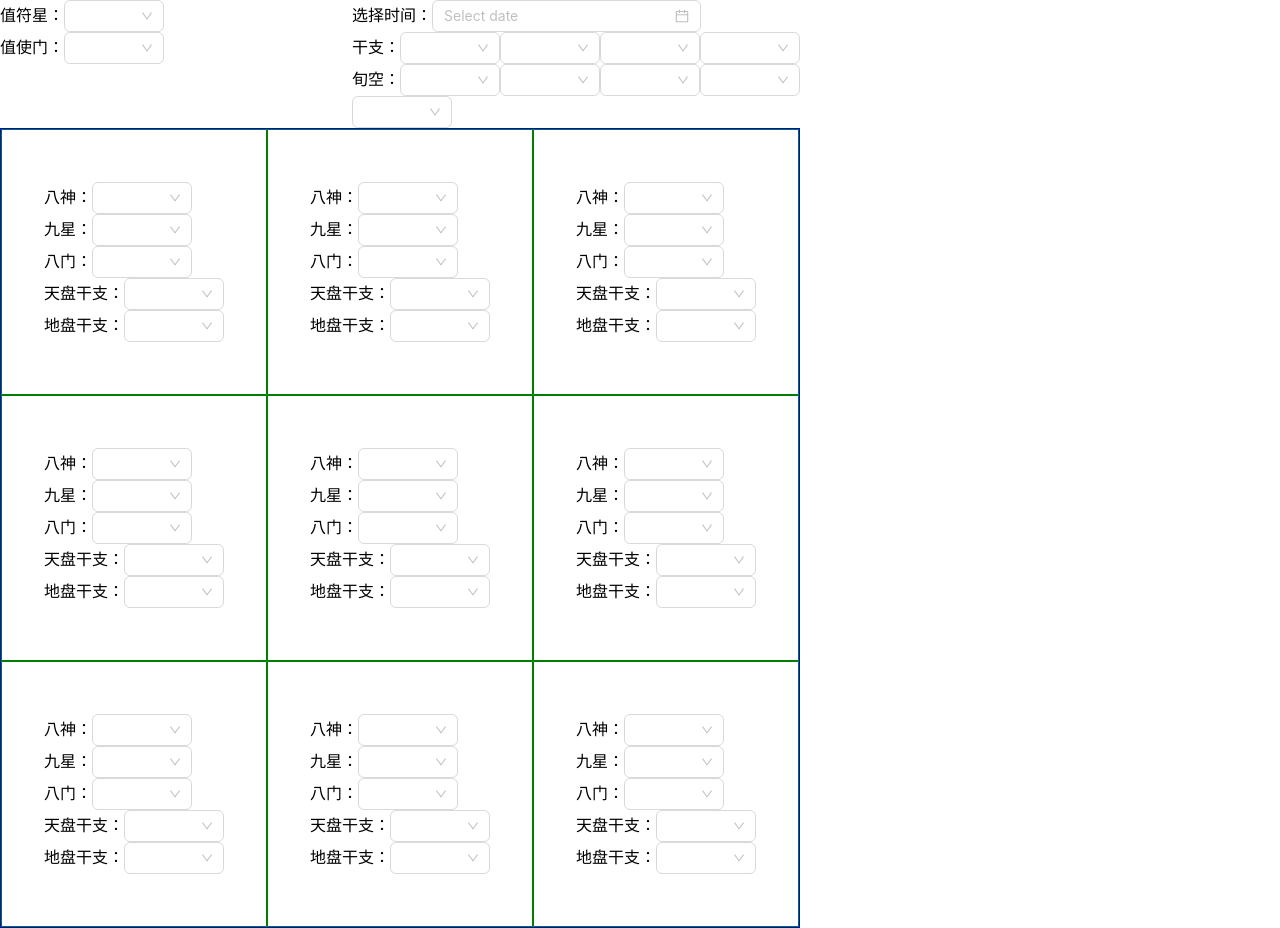
Repository: DaozhangChen/qiMen
Page: /
An editor plug-in stored every save of this project. The page is shown before and after the next save, followed by the edit.
The browser window is 1280 px wide. The pictures show the whole page.
The project was rebuilt for these pictures with package versions that can differ from the ones it lists, and the page was loaded fresh each time. Also part of the build but not shown: vite.config.js.

Above is the page before, as saved 2024-04-06 15:19:35.

### src/App.jsx
import Sudoku from './compoment/Sudoku'

function App() {

  return (
    <>
      <Sudoku />
    </>
  )
}

export default App

### src/index.css
* {
  padding: 0;
  margin: 0;
  box-sizing: border-box;
}

ul,
li {
  list-style: none;
}

### src/compoment/Sudoku.jsx
import "../style/Sudoku.css"
import InfoSelect from "./InfoSelect"
import { useState } from "react"
import HeaderInfo from "./HeaderInfo"
import { useEffect } from "react"

function Sudoku() {
    const regionArr = [
        { number: 4, area: "巽" },
        { number: 9, area: "离" },
        { number: 2, area: "坤" },
        { number: 3, area: "震" },
        { number: 5, area: "中" },
        { number: 7, area: "兑" },
        { number: 8, area: "艮" },
        { number: 1, area: "坎" },
        { number: 6, area: "乾" }
    ]
    const baseHeaderInfo = {
        headerStar: null,
        headerDoor: null,
        headerTime: null,
        headerYearStem: null,
        headerMonthStem: null,
        headerDayStem: null,
        headerTimeStem: null,
        headerYearNull: null,
        headerMonthNull: null,
        headerDayNull: null,
        headerTimeNull: null,
        curPattern: null
    }
    const [detailInfo, setDetailInfo] = useState(regionArr)
    const [headerInfoObj, setHeaderInfoObj] = useState(baseHeaderInfo)
    useEffect(() => {
        console.log("11", headerInfoObj)
        return () => {
            console.log("22", headerInfoObj)
        }
    }, [headerInfoObj])

    return (
        <>
            {/* <button onClick={setDetailInfo({ a: 111 })}>1111</button> */}
            <HeaderInfo setHeaderInfo={setHeaderInfoObj} />
            <div className="sudoku-grid">
                {/* 生成九宫格 */}
                {regionArr.map((value) => (
                    <div key={value.number} className="sudoku-row" data-key={value.number}>
                        <ul>
                            <li className="sudoku-cell">
                                <ul>
                                    <li className="god">八神：<span><InfoSelect type="god" setDetailInfo={setDetailInfo} area={value.number} /></span></li>
                                    <li className="star">九星：<span><InfoSelect type="star" setDetailInfo={setDetailInfo} area={value.number} /></span></li>
                                    <li className="door">八门：<span><InfoSelect type="door" setDetailInfo={setDetailInfo} area={value.number} /></span></li>
                                    <li className="upStem">天盘干支：<span><InfoSelect type="upStem" setDetailInfo={setDetailInfo} area={value.number} /></span></li>
                                    <li className="downStem">地盘干支：<span><InfoSelect type="downStem" setDetailInfo={setDetailInfo} area={value.number} /></span></li>
                                </ul>
                            </li>
                        </ul>
                    </div>
                ))}
            </div>
        </>
    )
}
export default Sudoku

### src/style/Sudoku.css
.sudoku-grid {
    border: 1px solid blue;
    width: 800px;
    height: 800px;
    display: grid;
    grid-template-columns: repeat(3, 1fr);
    grid-template-rows: repeat(3, 1fr);

}

.sudoku-row {
    display: flex;
    border: 1px solid green;
    align-items: center;
    justify-content: center;
}

.sudoku-cell>li {
    margin: 5px 0px;
}

### src/compoment/InfoSelect.jsx
import { Select } from "antd";
import setOption from "../toolFunction/setOption"

// eslint-disable-next-line react/prop-types
const InfoSelect = ({ type, setDetailInfo, area }) => {
    const option = setOption(type)

    const setValue = (value) => {
        //设置全局value
        if (area === "header") {
            setDetailInfo(originObj => {
                originObj[type] = value
                return { ...originObj }
            })
        } else {
            setDetailInfo(originArr => {
                const newArr = originArr.map((item) => {
                    if (item.number === area) {
                        item[type] = value
                        return item
                    } else {
                        return item
                    }
                })
                return newArr
            })
        }
    }
    console.log("2")

    return (
        <>
            <Select style={{ width: 100 }} options={option} onChange={setValue} showSearch />
        </>
    )
}

export default InfoSelect

### src/compoment/HeaderInfo.jsx
import "../style/HeaderInfo.css"
import InfoSelect from "./InfoSelect"
import { DatePicker } from 'antd';
// eslint-disable-next-line react/prop-types
const HeaderInfo = ({ setHeaderInfo }) => {

    const timeChange = (time, dateString) => {
        setHeaderInfo((value) => {
            return { ...value, headerTime: dateString }
        })
    }
    return (
        <>
            <div className="headerWrapper">
                <div>
                    <div>值符星：<span><InfoSelect type="headerStar" setDetailInfo={setHeaderInfo} area="header" /></span></div>
                    <div>值使门：<span><InfoSelect type="headerDoor" setDetailInfo={setHeaderInfo} area="header" /></span></div>
                </div>
                <div>
                    <div>选择时间：<span><DatePicker showTime onChange={timeChange} /></span></div>
                    <div>干支：
                        <span>
                            <InfoSelect type="headerYearStem" setDetailInfo={setHeaderInfo} area="header" />
                            <InfoSelect type="headerMonthStem" setDetailInfo={setHeaderInfo} area="header" />
                            <InfoSelect type="headerDayStem" setDetailInfo={setHeaderInfo} area="header" />
                            <InfoSelect type="headerTimeStem" setDetailInfo={setHeaderInfo} area="header" />
                        </span>
                    </div>
                    <div>旬空：
                        <span>
                            <InfoSelect type="headerYearNull" setDetailInfo={setHeaderInfo} area="header" />
                            <InfoSelect type="headerMonthNull" setDetailInfo={setHeaderInfo} area="header" />
                            <InfoSelect type="headerDayNull" setDetailInfo={setHeaderInfo} area="header" />
                            <InfoSelect type="headerTimeNull" setDetailInfo={setHeaderInfo} area="header" />
                        </span>
                    </div>
                    <div>
                        <span>
                            <InfoSelect type="curPattern" setDetailInfo={setHeaderInfo} area="header" />
                        </span>
                    </div>
                </div>
            </div>
        </>
    )
}

export default HeaderInfo

### src/toolFunction/setOption.js
import allStem from "./getAllSexagenaryBranches"
function setupOption(arr) {
    const option = arr.map((value) => {
        const obj = {}
        obj.label = value
        obj.value = value
        return obj
    })
    return option
}

const setOption = (type) => {
    const godArr = ["值符", "腾蛇", "太阴", "六合", "白虎", "玄武", "九地", "九天"]
    const starArr = ["天蓬星", "天任星", "天冲星", "天辅星", "天英星", "天芮星", "天柱星", "天心星", "天禽星"]
    const doorArr = ["休门", "生门", "伤门", "杜门", "景门", "死门", "惊门", "开门"]
    const stemArr = ["戊", "己", "庚", "辛", "壬", "癸", "丁", "丙", "乙"]
    const downNullStem = ["子丑", "寅卯", "辰巳", "午未", "申酉", "戌亥"]
    const pattern = [
        "阳遁一局", "阳遁二局", "阳遁三局", "阳遁四局", "阳遁五局", "阳遁六局", "阳遁七局", "阳遁八局", "阳遁九局",
        "阴遁一局", "阴遁二局", "阴遁三局", "阴遁四局", "阴遁五局", "阴遁六局", "阴遁七局", "阴遁八局", "阴遁九局"
    ]
    const resultMap = {
        "god": setupOption(godArr),
        "star": setupOption(starArr),
        "door": setupOption(doorArr),
        "upStem": setupOption(stemArr),
        "downStem": setupOption(stemArr),
        "headerStar": setupOption(starArr),
        "headerDoor": setupOption(doorArr),
        "headerYearStem": setupOption(allStem),
        "headerMonthStem": setupOption(allStem),
        "headerDayStem": setupOption(allStem),
        "headerTimeStem": setupOption(allStem),
        "headerYearNull": setupOption(downNullStem),
        "headerMonthNull": setupOption(downNullStem),
        "headerDayNull": setupOption(downNullStem),
        "headerTimeNull": setupOption(downNullStem),
        "curPattern": setupOption(pattern)
    }
    return resultMap[type]
}

export default setOption

### src/style/HeaderInfo.css
.headerWrapper {
    display: flex;
    flex-direction: row;
    width: 800px;
    justify-content: space-between;
}

### src/toolFunction/getAllSexagenaryBranches.js
function getAllSexagenaryBranches() {
    const allUpStem = ["甲", "乙", "丙", "丁", "戊", "己", "庚", "辛", "壬", "癸"]
    const allDownStem = ["子", "丑", "寅", "卯", "辰", "巳", "午", "未", "申", "酉", "戌", "亥"]
    const finalItems = []
    let upIndex = 0
    let downIndex = 0
    for (let i = 0; i < 60; i++) {
        finalItems.push(allUpStem[upIndex] + allDownStem[downIndex])
        upIndex === 9 ? upIndex = 0 : upIndex++
        downIndex === 11 ? downIndex = 0 : downIndex++
    }
    return finalItems
}
const allStem = getAllSexagenaryBranches()


export default allStem

Loaded but not shown: index.html (common file); src/main.jsx (common file)

After the next save:
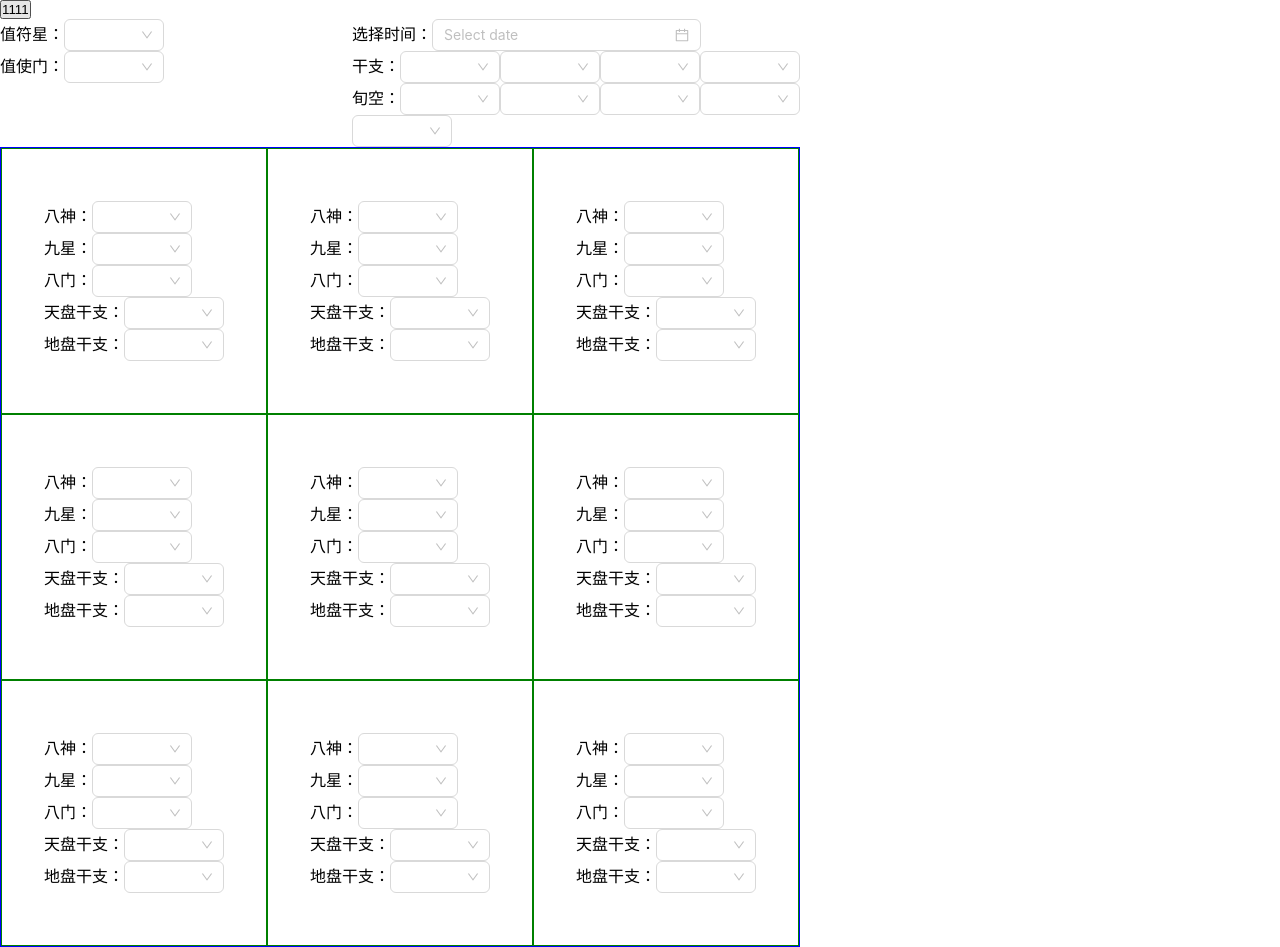
Saved 14 s later.
--- a/src/compoment/Sudoku.jsx
+++ b/src/compoment/Sudoku.jsx
@@ -41,7 +41,7 @@ function Sudoku() {
 
     return (
         <>
-            {/* <button onClick={setDetailInfo({ a: 111 })}>1111</button> */}
+            <button >1111</button>
             <HeaderInfo setHeaderInfo={setHeaderInfoObj} />
             <div className="sudoku-grid">
                 {/* 生成九宫格 */}
